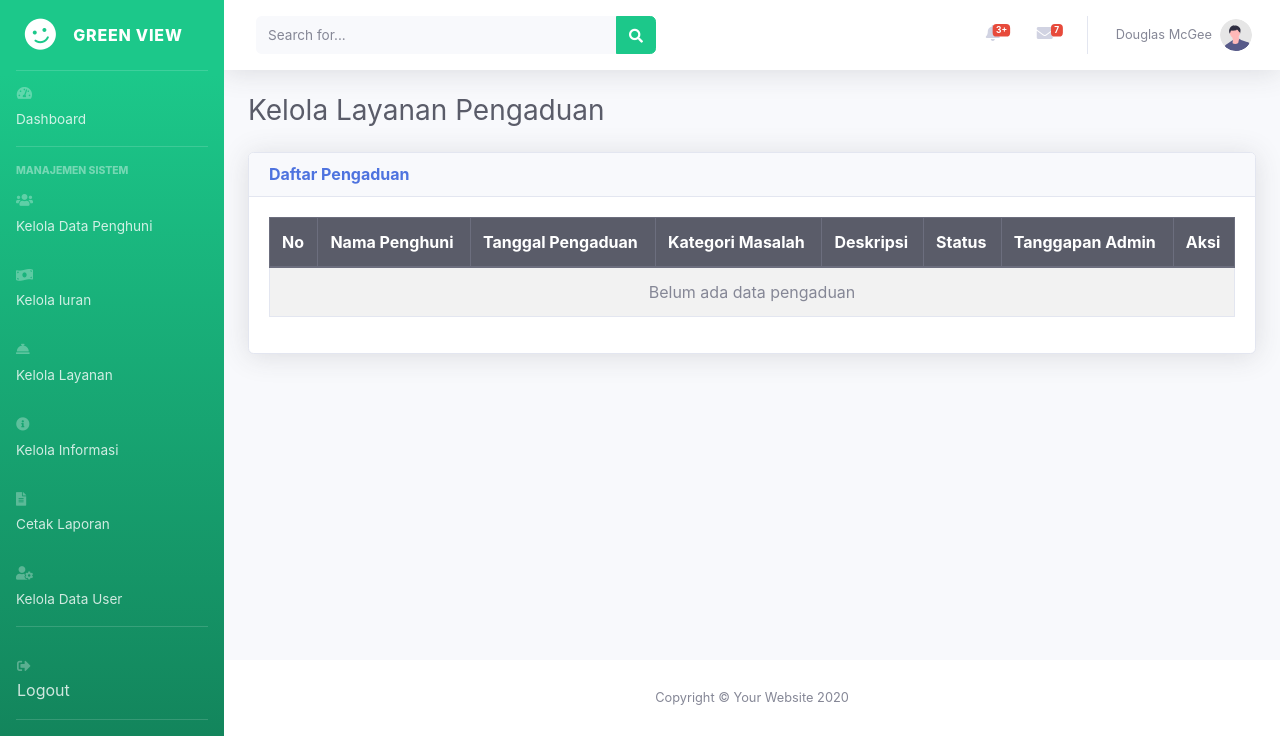
Repository: ryanmlnaa/project-ta
Page: http://localhost/admin/layanan
The author's editor kept a copy of each file at every save. The page is drawn from the files as they stood at one save, then again after the next save.
The browser window is 1280 px wide. The pictures show the whole page.
The page is served by the project's Laravel application, run on PHP 8.4 with Laravel 12. A made-up administrator, Test User (test@example.com), is signed in. Queries for data that is not in the repository find no rows.

Above is the page before, as saved 2026-03-31 10:54:32.

After the next save:
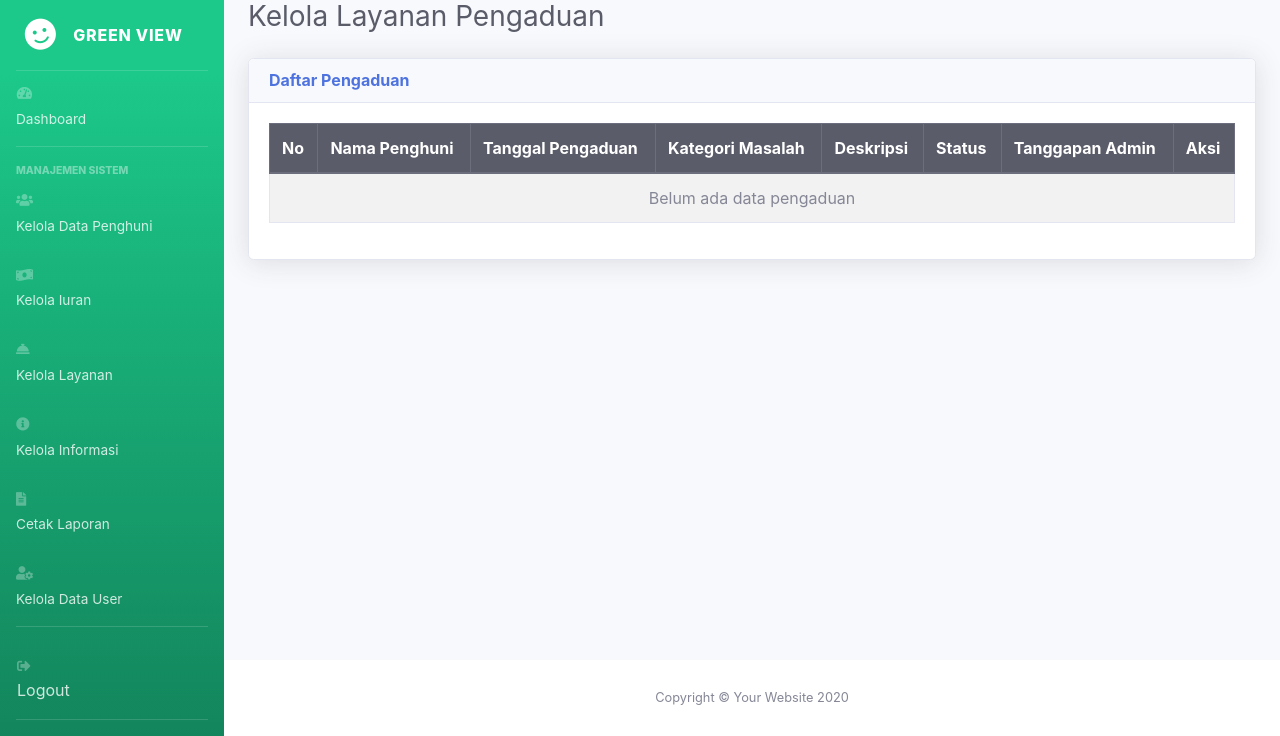
Saved 119 s later.
--- a/resources/views/layouts/app.blade.php
+++ b/resources/views/layouts/app.blade.php
@@ -41,7 +41,79 @@
             <div id="content">
 
                 <!-- Topbar -->
-                <x-topbar />
+                @if(auth()->check() && auth()->user()->role == 'user')
+<nav class="navbar navbar-expand-lg navbar-light bg-white shadow-sm mb-4">
+    <div class="container">
+
+        <a class="navbar-brand fw-bold text-success" href="{{ route('user.home') }}">
+            GREEN VIEW
+        </a>
+
+        <button class="navbar-toggler" type="button" data-toggle="collapse" data-target="#navbarUser">
+            <span class="navbar-toggler-icon"></span>
+        </button>
+
+        <div class="collapse navbar-collapse" id="navbarUser">
+            <ul class="navbar-nav mx-auto">
+
+                <li class="nav-item">
+                    <a class="nav-link {{ request()->routeIs('user.home') ? 'active text-primary fw-bold' : '' }}"
+                       href="{{ route('user.home') }}">
+                        <i class="fas fa-home"></i> Beranda
+                    </a>
+                </li>
+
+                <li class="nav-item">
+                    <a class="nav-link {{ request()->routeIs('user.rumah') ? 'active text-primary fw-bold' : '' }}"
+                       href="{{ route('user.rumah') }}">
+                        <i class="fas fa-building"></i> Rumah
+                    </a>
+                </li>
+
+                <li class="nav-item">
+                    <a class="nav-link {{ request()->routeIs('user.iuran') ? 'active text-primary fw-bold' : '' }}"
+                       href="{{ route('user.iuran') }}">
+                        <i class="fas fa-wallet"></i> Iuran
+                    </a>
+                </li>
+
+                <li class="nav-item">
+                    <a class="nav-link {{ request()->routeIs('user.pengaduan') ? 'active text-primary fw-bold' : '' }}"
+                       href="{{ route('user.pengaduan') }}">
+                        <i class="fas fa-comments"></i> Pengaduan
+                    </a>
+                </li>
+
+                <li class="nav-item">
+                    <a class="nav-link {{ request()->routeIs('user.pengumuman') ? 'active text-primary fw-bold' : '' }}"
+                       href="{{ route('user.pengumuman') }}">
+                        <i class="fas fa-bullhorn"></i> Pengumuman
+                    </a>
+                </li>
+
+            </ul>
+
+            <ul class="navbar-nav">
+                <li class="nav-item">
+                    <a class="nav-link" href="{{ route('user.profil') }}">
+                        <i class="fas fa-user-circle"></i>
+                    </a>
+                </li>
+
+                <li class="nav-item">
+                    <form action="{{ route('logout') }}" method="POST">
+                        @csrf
+                        <button class="btn btn-link nav-link">
+                            <i class="fas fa-sign-out-alt"></i>
+                        </button>
+                    </form>
+                </li>
+            </ul>
+
+        </div>
+    </div>
+</nav>
+@endif
                 <!-- End of Topbar -->
 
                 <!-- Begin Page Content -->
